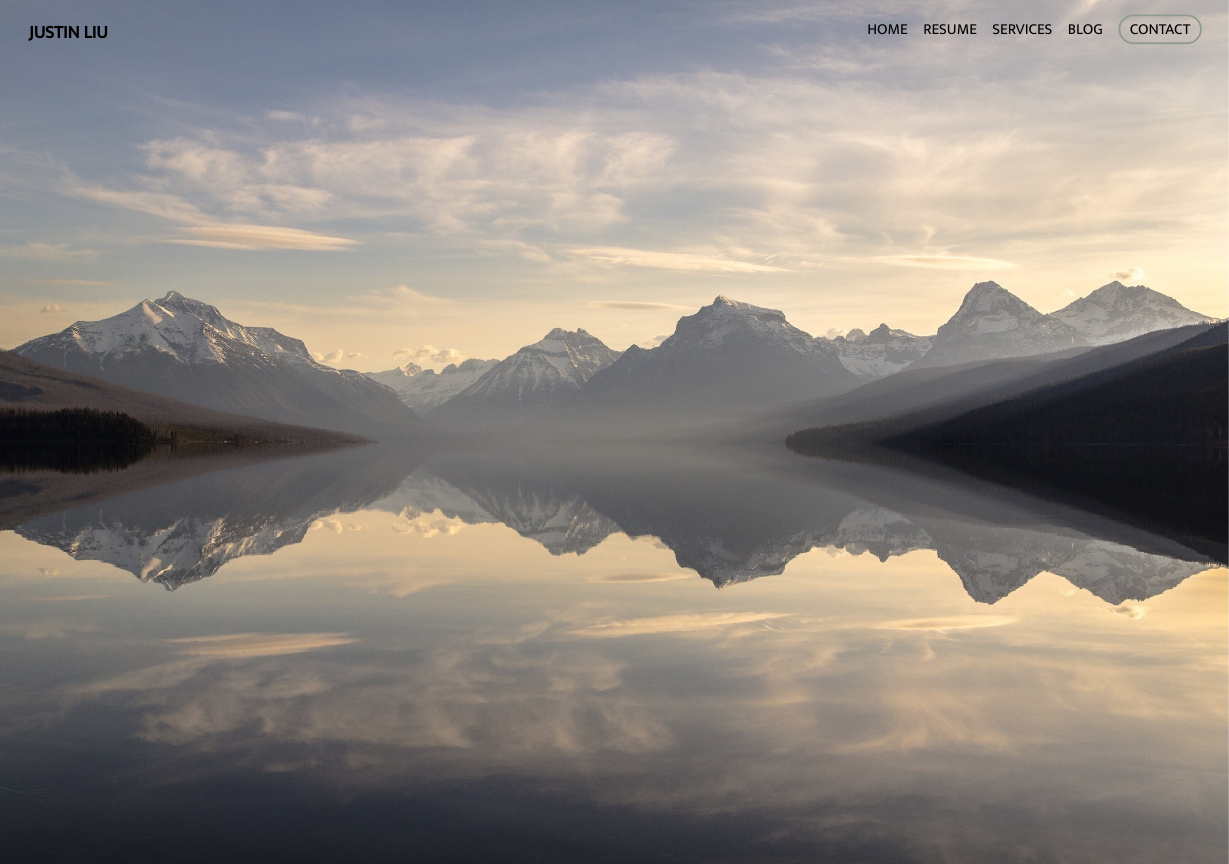
Repository: justinliu88/personal-projects
Page: index.html
The author's editor kept a copy of each file at every save. The page is drawn from the files as they stood at one save, then again after a run of saves.
The browser window is 1280 px wide. The pictures show the whole page, at 96% of full size.
Some web libraries are served in a nearby version. The style sheet was rebuilt from its Sass, Less or Tailwind sources for each picture, by a compiler version that may differ from the author's.

Above is the page before, as saved 2020-03-17 10:54:24.

### index.html
<!DOCTYPE html>
<html lang="en">

<head>
    <meta charset="UTF-8">
    <meta name="viewport" content="width=device-width, initial-scale=1.0">
    <title>Personal Website</title>
    <link rel="stylesheet" href="main.css" type="text/css">
    <link rel="stylesheet" href="https://fonts.googleapis.com/css?family=Mukta&display=swap">
    <script src="http://ajax.googleapis.com/ajax/libs/jquery/1.7.1/jquery.min.js" type="text/javascript"></script>
    <script src="./main.js"></script>
</head>

<body>
    <nav class="container-navbar">
        <h3 class="container-navbar__name">JUSTIN LIU</h3>
        <ul class="container-navbar__options">
            <li class="container-navbar__options__buttons">
                <a class="container-navbar__options__link" href="#">HOME</a>
            </li>
            <li class="container-navbar__options__buttons">
                <a class="container-navbar__options__link" href="#">RESUME</a>
            </li>
            <li class="container-navbar__options__buttons">
                <a class="container-navbar__options__link" href="#">SERVICES</a>
            </li>
            <li class="container-navbar__options__buttons">
                <a class="container-navbar__options__link" href="#">BLOG</a>
            </li>
            <li class="container-navbar__options__buttons">
                <a id="contactLink" class="container-navbar__options__link" href="#">CONTACT</a>
            </li>
        </ul>
    </nav>



</body>

</html>

### main.scss
body {
    margin: 0px;
    background-image: url("./img/website-background.jpg");
    height: 900px;
    background-position: center;
    background-repeat: no-repeat;
    background-size: cover;
}

.container-navbar {
    width: auto;
    display: flex;
    flex-direction: row;
    justify-content: space-between;
    &__name {
        font-family: Mukta;
        text-align: center;
        align-items: center;
        padding-left: 30px;
    }
    &__options {
        height: 60px;
        display: flex;
        flex-direction: row;
        list-style: none;
        justify-content: flex-end;
        align-items: center;
        margin: 0px;
        padding-right: 20px;
        &__buttons {
            align-items: center;
            text-align: center;
            padding: 8px;
        }
        &__link {
            font-family: Mukta;
            text-decoration: none;
            transition: all 0.1s ease 0s;
            color: black;
            &:hover {
                color: #919c8c;
                border-bottom: 3px solid #919c8c;
            }
        }
        #contactLink {
            border: 2px solid #919c8c;
            border-radius: 20px;
            padding-left: 10px;
            padding-right: 10px;
        }
    }
}

Loaded but not shown: main.js (no stored copy; drawn as an empty file)

After the next 2 saves:
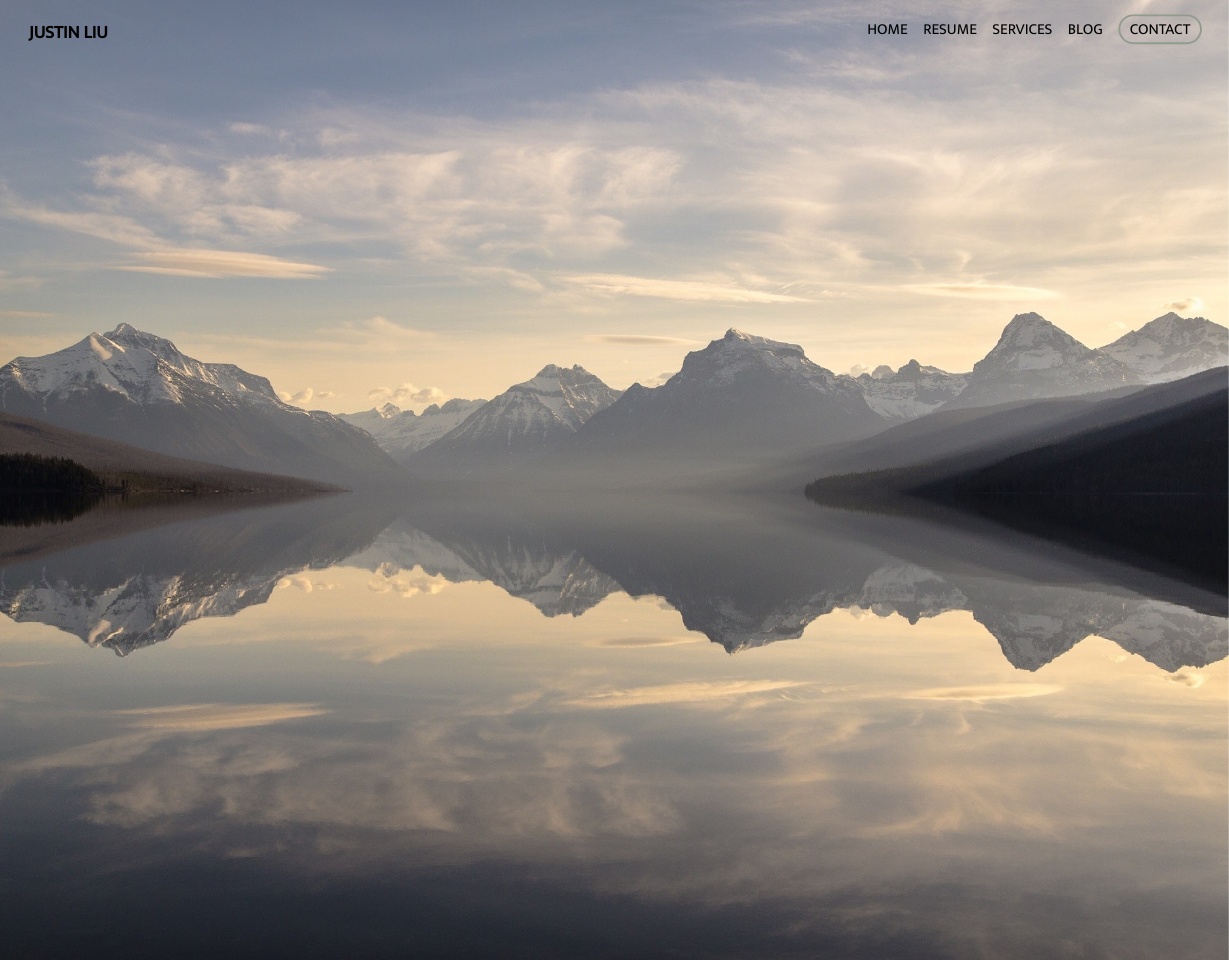
The 2 saves are shown as one change because they came seconds apart.
The last was saved 8 s later.
--- a/main.scss
+++ b/main.scss
@@ -1,7 +1,7 @@
 body {
     margin: 0px;
     background-image: url("./img/website-background.jpg");
-    height: 900px;
+    height: 1000px;
     background-position: center;
     background-repeat: no-repeat;
     background-size: cover;
